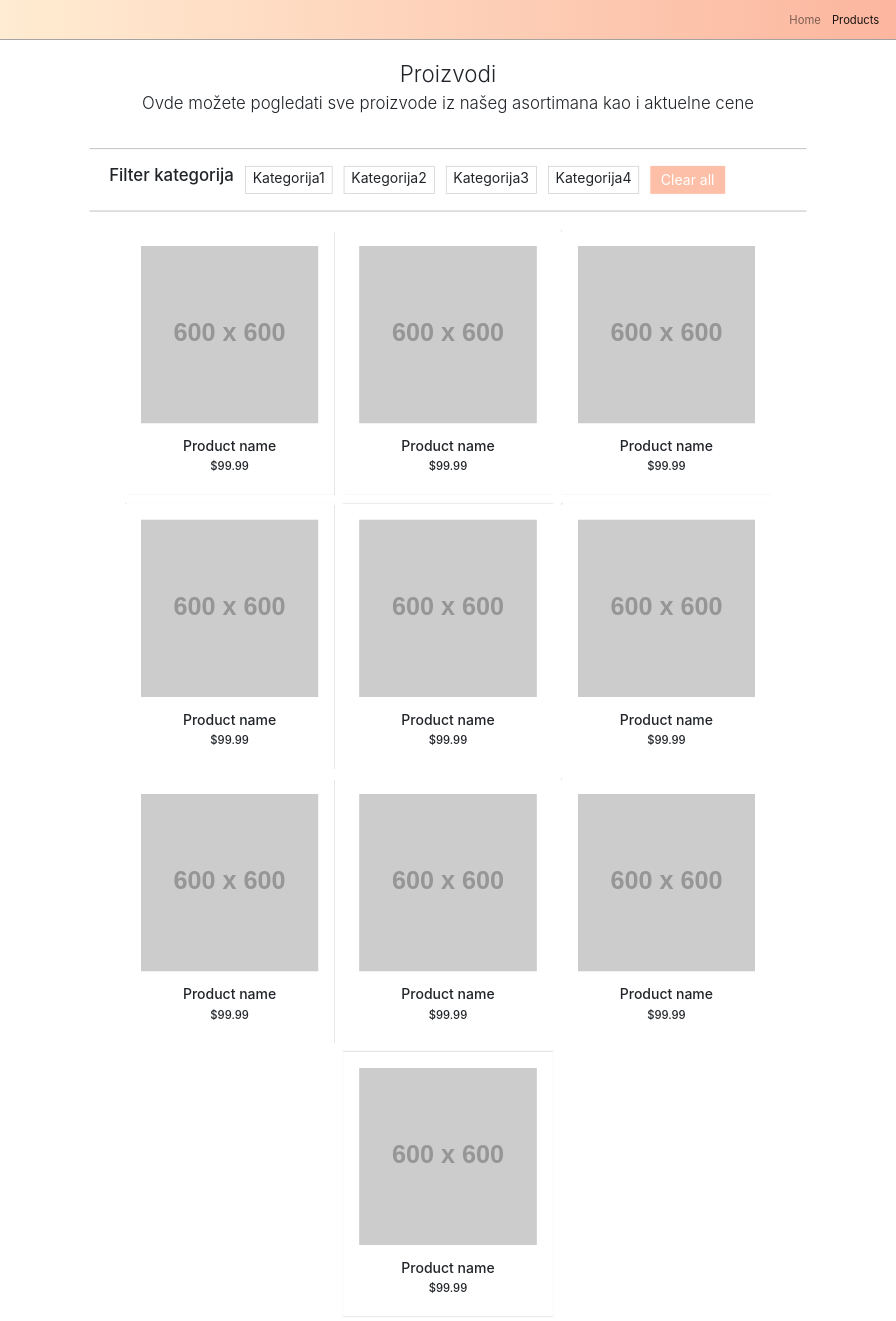
Repository: StevanFilipovic/TemplateForSinglepageWebsite
Page: products.html
The author's editor kept a copy of each file at every save. The page is drawn from the files as they stood at one save, then again after the next save.
The browser window is 1280 px wide. The pictures show the whole page, at 70% of full size.
Some web libraries are served in a nearby version.

Above is the page before, as saved 2018-06-15 15:17:49.

### products.html
<!doctype html>
<html>

<head>
    <meta charset="utf-8">
    <title>One Page Scroll</title>
    <meta name="title" content="Website by Stevan" />
    <meta name="description" content="Proizvodi" />

    <link rel="shortcut icon" id="favicon" href="">
    <link href='http://fonts.googleapis.com/css?family=Open+Sans:300,400,700' rel='stylesheet' type='text/css'>
    <link href='http://fonts.googleapis.com/css?family=Pacifico:400' rel='stylesheet' type='text/css'>
    <script type="text/javascript" src="http://code.jquery.com/jquery-1.9.1.js"></script>
    <link href='products-page-style.css' rel='stylesheet' type='text/css'>
    <!-- Da bi koristili less potrebno je odkomentarisati donje dve linije i uraditi konverziju css-a i ubaciti u dole navedene fajlove -->
    <!-- <link rel="stylesheet/less" type="text/css" href="onepage-scrool.less" /> -->
    <!-- <link rel="stylesheet/less" type="text/css" href="styles.less" /> -->
    <!-- <script src="less.js" type="text/javascript"></script> -->
    <link rel="stylesheet" href="https://stackpath.bootstrapcdn.com/bootstrap/4.1.1/css/bootstrap.min.css" integrity="sha384-WskhaSGFgHYWDcbwN70/dfYBj47jz9qbsMId/iRN3ewGhXQFZCSftd1LZCfmhktB" crossorigin="anonymous">
    <link href="bootstrap-responsive.css" rel="stylesheet">



    <script>
        $(document).ready(function () {
            var $products = $('.grid-products'),
                $filters = $("#filters input[type='checkbox']"),
                product_filter = new ProductFilterLevel1($products, $filters);
            product_filter.init();
        });

        function ProductFilterLevel1(products, filters) {
            var _this = this;

            this.init = function () {
                this.products = products;
                this.filters = filters;
                this.bindEvents();
            };

            this.bindEvents = function () {
                this.filters.click(this.filterGridProducts);
                $('#none').click(this.removeAllFilters);
            };

            this.filterGridProducts = function () {
                _this.products.hide();
                var selectedFilters = _this.filters.filter(':checked');
                if (selectedFilters.length) {
                    var selectedFiltersValues = [];
                    selectedFilters.each(function () {
                        var currentFilter = $(this);
                        selectedFiltersValues.push("[data-" + currentFilter.attr('name') + "='" +
                            currentFilter.val() + "']");
                    });
                    _this.products.filter(selectedFiltersValues.join(',')).show();
                } else {
                    _this.products.show();
                }
            };

            this.removeAllFilters = function () {
                _this.filters.prop('checked', false);
                _this.products.show();
            }
        }
    </script>

</head>

<body>
    <div class="header">
        <nav class="navbar navbar-expand-lg navbar-light">
            <!-- <a class="navbar-brand" href="#">Navbar</a> -->
            <button class="navbar-toggler" type="button" data-toggle="collapse" data-target="#navbarNavDropdown" aria-controls="navbarNavDropdown1"
                aria-expanded="false" aria-label="Toggle navigation">
                <span class="navbar-toggler-icon"></span>
            </button>
            <div class="collapse navbar-collapse justify-content-end" id="navbarNavDropdown1">
                <ul class="navbar-nav">
                    <li class="nav-item ">
                        <a class="nav-link" href="index.html">Home </a>
                    </li>
                    <li class="nav-item active">
                        <a class="nav-link" href="products.html">Products
                            <span class="sr-only">(current)</span>
                        </a>
                    </li>
                    </li>
                </ul>
            </div>
        </nav>
    </div>
    <div class="intro-text">
        <h2>Proizvodi</h2>
        <h4>Ovde možete pogledati sve proizvode iz našeg asortimana kao i aktuelne cene</h4>
    </div>
    <div id="filters" class="products">
        <div class="filter-wrapper">
            <h4>Filter kategorija</h4>

            <input type="checkbox" name="colour" id="category1" value="category1"></input>
            <label for="category1">Kategorija1</label>

            <input type="checkbox" name="colour" id="category2" value="category2"></input>
            <label for="category2">Kategorija2</label>

            <input type="checkbox" name="colour" id="category3" value="category3"></input>
            <label for="category3">Kategorija3</label>

            <input type="checkbox" name="colour" id="category4" value="category4"></input>
            <label for="category4">Kategorija4</label>

        </div>
        <div>
            <input class="button-clear dugme" type="button" id="none" value="Clear all"></input>
        </div>
    </div>

    <section class="products">
        <div class="product-card grid-products" data-colour="category1">
            <div class="product-image">
                <img src="http://via.placeholder.com/600x600">
            </div>
            <div class="product-info">
                <h5>Product name</h5>
                <h6>$99.99</h6>
            </div>
        </div>

        <div class="product-card grid-products" data-colour="category1">
            <div class="product-image">
                <img src="http://via.placeholder.com/600x600">
            </div>
            <div class="product-info">
                <h5>Product name</h5>
                <h6>$99.99</h6>
            </div>
        </div>

        <div class="product-card grid-products" data-colour="category2">
            <div class="product-image">
                <img src="http://via.placeholder.com/600x600">
            </div>
            <div class="product-info">
                <h5>Product name</h5>
                <h6>$99.99</h6>
            </div>
        </div>

        <div class="product-card grid-products" data-colour="category2">
            <div class="product-image">
                <img src="http://via.placeholder.com/600x600">
            </div>
            <div class="product-info">
                <h5>Product name</h5>
                <h6>$99.99</h6>
            </div>
        </div>

        <div class="product-card grid-products" data-colour="category3">
            <div class="product-image">
                <img src="http://via.placeholder.com/600x600">
            </div>
            <div class="product-info">
                <h5>Product name</h5>
                <h6>$99.99</h6>
            </div>
        </div>

        <div class="product-card grid-products" data-colour="category3">
            <div class="product-image">
                <img src="http://via.placeholder.com/600x600">
            </div>
            <div class="product-info">
                <h5>Product name</h5>
                <h6>$99.99</h6>
            </div>
        </div>

        <div class="product-card grid-products" data-colour="category3">
            <div class="product-image">
                <img src="http://via.placeholder.com/600x600">
            </div>
            <div class="product-info">
                <h5>Product name</h5>
                <h6>$99.99</h6>
            </div>
        </div>

        <div class="product-card grid-products" data-colour="category4">
            <div class="product-image">
                <img src="http://via.placeholder.com/600x600">
            </div>
            <div class="product-info">
                <h5>Product name</h5>
                <h6>$99.99</h6>
            </div>
        </div>

        <div class="product-card grid-products" data-colour="category4">
            <div class="product-image">
                <img src="http://via.placeholder.com/600x600">
            </div>
            <div class="product-info">
                <h5>Product name</h5>
                <h6>$99.99</h6>
            </div>
        </div>

        <div class="product-card grid-products" data-colour="category4">
            <div class="product-image">
                <img src="http://via.placeholder.com/600x600">
            </div>
            <div class="product-info">
                <h5>Product name</h5>
                <h6>$99.99</h6>
            </div>
        </div>

    </section>
    <script src="https://cdnjs.cloudflare.com/ajax/libs/popper.js/1.12.9/umd/popper.min.js" integrity="sha384-ApNbgh9B+Y1QKtv3Rn7W3mgPxhU9K/ScQsAP7hUibX39j7fakFPskvXusvfa0b4Q"
    crossorigin="anonymous"></script>
  <script src="https://maxcdn.bootstrapcdn.com/bootstrap/4.0.0/js/bootstrap.min.js" integrity="sha384-JZR6Spejh4U02d8jOt6vLEHfe/JQGiRRSQQxSfFWpi1MquVdAyjUar5+76PVCmYl"
    crossorigin="anonymous"></script>
</body>

</html>

### products-page-style.css
header {
  position: relative;
  z-index: 10;
}

.header{
    background-image: linear-gradient(to right, #ffecd2 0%, #fcb69f 100%);
    border-bottom: 1px solid gray;
}
.intro-text{
  margin: 30px auto 50px;
}
.intro-text h2, .intro-text h4{
  text-align: center;
    font-weight: 300;
}
.products {
	display: flex;
    flex-wrap: wrap;
    width: 90%;
    margin: auto;
    justify-content: center;
}
#filters{
  justify-content: start;
  width: 80%;
  border-top: 1px solid #a7a7a7;
  border-bottom: 1px solid #a7a7a7;
  margin-bottom: 20px;
  padding: 20px;

}

.product-card {
	display: flex;
	flex-direction: column;
    max-width: 300px;
	padding: 2%;
  /* flex: 1 16%; */
  margin: 6px;

	background-color: #FFF;
	box-shadow: 0px 0px 1px 0px rgba(0,0,0,0.25);
}

.product-image img {
	width: 100%;
}

.product-info {
	margin-top: auto;
	padding-top: 20px;
	text-align: center;
}

@media ( max-width: 920px ) {

	/* .product-card {
		flex: 1 21%;
	} */

	/* .products .product-card:first-child,
	.products .product-card:nth-child(2) {
		flex: 2 46%;
	} */

}

@media ( max-width: 600px ) {

	/* .product-card {
		flex: 1 46%;
	} */

}

@media ( max-width: 480px ) {

	h1 {
		margin-bottom: 20px;
	}

	.product-filter {
		flex-direction: column;
	}

	.sort {
		align-self: flex-start;
	}

}


/* Checkmark */

/* Customize the label (the container) */
.filter-wrapper input[type=checkbox]{
  display: none;
}


.filter-category{
  border: 1px solid #cccccc;
  padding: 2px 10px;
  margin: auto 8px;
}

input[type=checkbox] + label {
  display: block;
  position: relative;
  margin: 4px 8px;
  cursor: pointer;
  font-size: 20px;
  -webkit-user-select: none;
  -moz-user-select: none;
  -ms-user-select: none;
  user-select: none;
  border: 1px solid #cccccc;
  padding: 2px 10px;
  transition:all 0.3s ease;
}
input[type=checkbox]:checked + label {
  background: #fdbfa7;
  border: 1px solid #fdbfa7;
  color: white;
}

input[type=checkbox]:hover + label {
  border: 1px solid #fdbfa7;
  box-shadow: inset 0 0 0 1px #fdbfa7;
  transition:all 0.3s ease;
}




  /* Hide the browser's default checkbox */
  .filter-container input {
    position: absolute;
    opacity: 0;
    cursor: pointer;
  }

  /* Create a custom checkbox */
  .checkmark {
    position: absolute;
    top: 0;
    left: 0;
    height: 30px;
    width: 30px;
    background-color: #eee;
    display: none;
  }

  /* On mouse-over, add a grey background color */
  .filter-container:hover input ~ .checkmark {
    background-color: #ccc;
  }

  /* When the checkbox is checked, add a blue background */
  .filter-container input:checked ~ .checkmark {
    background-color: #fdbfa7;
  }

  /* Create the checkmark/indicator (hidden when not checked) */
  .checkmark:after {
    content: "";
    position: absolute;
    display: none;
  }

  /* Show the checkmark when checked */
  .filter-container input:checked ~ .checkmark:after {
    display: block;
  }

  /* Style the checkmark/indicator */
  .filter-container .checkmark:after {
    left: 9px;
    top: 5px;
    width: 10px;
    height: 15px;
    border: solid white;
    border-width: 0 3px 3px 0;
    -webkit-transform: rotate(45deg);
    -ms-transform: rotate(45deg);
    transform: rotate(45deg);
  }

  .filter-wrapper{
      display: contents;
      margin-bottom: 15px;
  }
  .filter-wrapper h4{
    margin: 4px 8px;
  }

  .button-clear{
    background: #FDBFA7;
    font-size: 20px;
    color: white;
    border-style: none;
    cursor: pointer;
    padding: 5px 15px;
    margin: 4px 8px;
  }

  .button-clear:focus{
    outline: none;
  }

  .button-clear:active{
    -webkit-box-shadow: 0px 0px 5px 0px rgba(0,0,0,0.75);
    -moz-box-shadow: 0px 0px 5px 0px rgba(0,0,0,0.75);
    box-shadow: 0px 0px 5px 0px rgba(195, 195, 195, 0.75);
  }

Loaded but not shown: bootstrap-responsive.css (library)

After the next save:
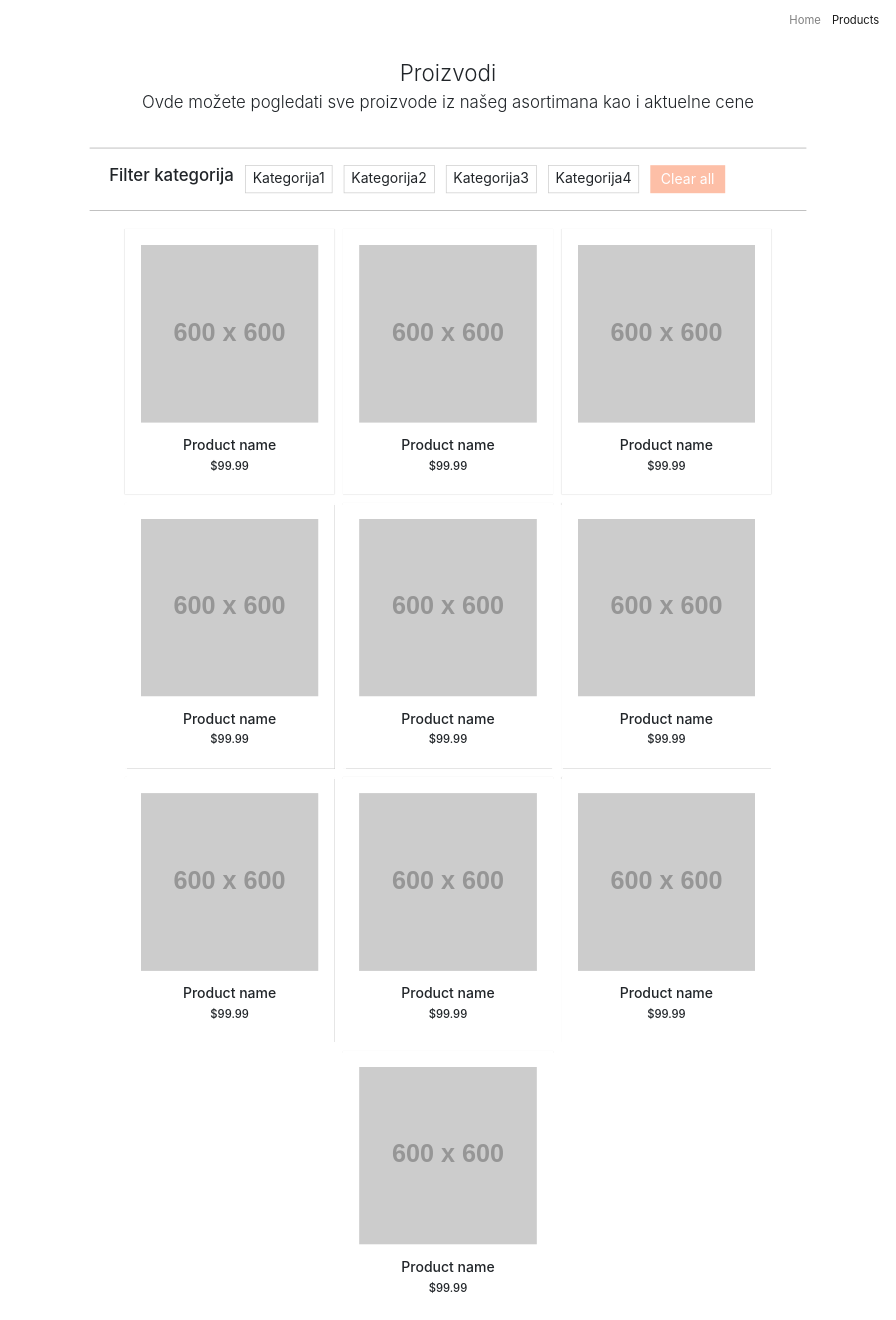
Saved 2 min 51 s later.
--- a/products.html
+++ b/products.html
@@ -69,7 +69,7 @@
 </head>
 
 <body>
-    <div class="header">
+    <div class="">
         <nav class="navbar navbar-expand-lg navbar-light">
             <!-- <a class="navbar-brand" href="#">Navbar</a> -->
             <button class="navbar-toggler" type="button" data-toggle="collapse" data-target="#navbarNavDropdown" aria-controls="navbarNavDropdown1"
